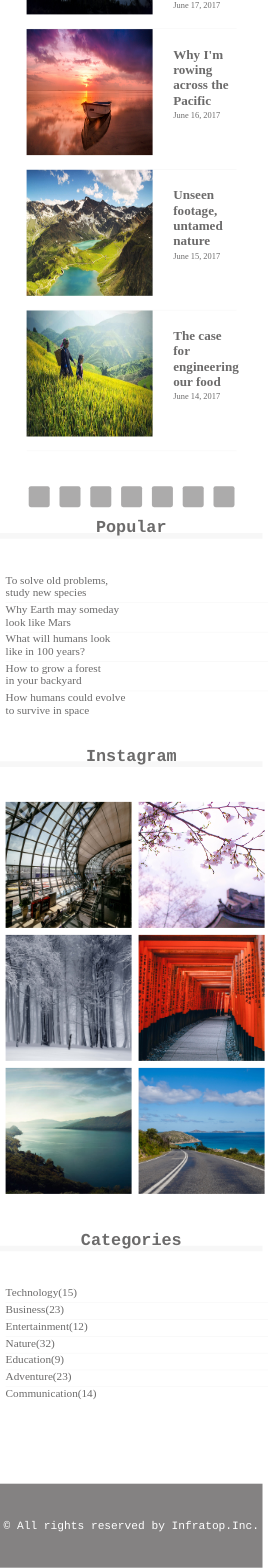
Repository: menyuu/test-html-CSS-practice
Page: caravan/index.html
The author's editor kept a record of every edit. The page is drawn from the files as they stood at one moment, then again after the next edit.
The browser window is 375 px wide. The page is 383 px wide, so the pictures cover 383 px, including what lies to the right of the window. The pictures show the part of the page from y = 1211 to 3451 px (the page is 3451 px tall), at 70% of full size.

Above is the page before.

### caravan/index.html
<!DOCTYPE html>
<html lang="ja">
<head>
  <meta charset="UTF-8">
  <link rel="stylesheet" href="style.css" />
  <title>CARAVAN</title>
</head>
<body>
  <header>
    <h1 class="heading">
      <a href="index.html">
      CARAVAN
      </a>
    </h1>
  </header>

  <nav>
    <ul class="nav-list">
      <li class="nav-list-item">
        <a href="index.html">Home</a>
      </li>
      <li class="nav-list-item">
        <a href="#">About</a>
      </li>
      <li class="nav-list-item">
        <a href="#">Topic</a>
      </li>
    </ul>
  </nav>

  <div class="main-visual">
    <div class="main-visual-content">
      <p class="main-visual-text">
        The world is a book<br>
        and those who do not travel<br>
        read only one page.
      </p>
      <p class="main-visual-name">
        St. Augustine
      </p>
    </div>
  </div>

  <main>
    <section class="blog">
      <h2 class="blog-heading">Recent Blogs</h2>
      <div class="blog-box">
        <div class="blog-item">
          <img class="blog-image" src="img/forest.jpg">
          <section class="blog-text">
            <h3 class="blog-text-heading">
              <a href="single.html">
                Hopeful lessons from<br>
                the battle to save<br>
                rainforests
              </a>
            </h3>
            <p class="blog-date">June 19, 2017</p>
            <span class="category">Nature</span>
          </section>
        </div>
      </div>

      <!-- 以下コピペ　-->

      <div class="blog-box">
          <div class="blog-item">
            <img class="blog-image" src="img/forest.jpg" />
            <section class="blog-text">
              <h3 class="blog-text-heading">
                <a href="single.html">
                  Hopeful lessons from<br />
                  the battle to save<br />
                  rainforests
                </a>
              </h3>
              <p class="blog-date">June 19, 2017</p>
              <span class="category">Nature</span>
            </section>
          </div>
          <div class="blog-item">
            <img class="blog-image" src="img/desert.jpg" />
            <section class="blog-text">
              <h3 class="blog-text-heading">
                <a href="single.html">
                  How to fight<br />
                  desertification and<br />
                  reverse climate change
                </a>
              </h3>
              <p class="blog-date">June 17, 2017</p>
              <span class="category">Nature</span>
            </section>
          </div>
          <div class="blog-item">
            <img class="blog-image" src="img/sunset.jpg" />
            <section class="blog-text">
              <h3 class="blog-text-heading">
                <a href="single.html">
                  Why I'm rowing<br />
                  across the Pacific
                </a>
              </h3>
              <p class="blog-date">June 16, 2017</p>
              <span class="category">Adventure</span>
            </section>
          </div>
          <div class="blog-item">
            <img class="blog-image" src="img/italy.jpg" />
            <section class="blog-text">
              <h3 class="blog-text-heading">
                <a href="single.html">
                  Unseen footage,<br />
                  untamed nature
                </a>
              </h3>
              <p class="blog-date">June 15, 2017</p>
              <span class="category">Nature</span>
            </section>
          </div>
          <div class="blog-item">
            <img class="blog-image" src="img/asia.jpg" />
            <section class="blog-text">
              <h3 class="blog-text-heading">
                <a href="single.html">
                  The case for<br />
                  engineering our food
                </a>
              </h3>
              <p class="blog-date">June 14, 2017</p>
              <span class="category">Culture</span>
            </section>
          </div>
        </div>

      <!--ここまで-->

      <div class="pagination">
        <p></p>
        <p></p>
        <p></p>
        <p></p>
        <p></p>
        <p></p>
        <p></p>
      </div>

    </section>

    <div class="sidebar">
      <section class="popular">
        <h2 class="popular-heading common-heading">Popular</h2>
        <div class="sidebar-contents">
          <p class="popular-text">To solve old problems,<br>study new species</p>
          <p class="popular-text">Why Earth may someday<br>look like Mars</p>
          <p class="popular-text">What will humans look<br>like in 100 years?</p>
          <p class="popular-text">How to grow a forest<br>in your backyard</p>
          <p class="popular-text">How humans could evolve<br>to survive in space</p>
        </div>
      </section>
      <section class="instagram">
        <h2 class="instagram-heading common-heading">Instagram</h2>
        <div class="sidebar-contents">
          <div class="instagram-box"></div>
          <div class="instagram-box"></div>
          <div class="instagram-box"></div>
          <div class="instagram-box"></div>
          <div class="instagram-box"></div>
          <div class="instagram-box"></div>
        </div>
      </section>
      <section class="categories">
        <h2 class="categories-heading common-heading">Categories</h2>
        <div class="sidebar-contents">
          <p class="categories-text">Technology(15)</p>
          <p class="categories-text">Business(23)</p>
          <p class="categories-text">Entertainment(12)</p>
          <p class="categories-text">Nature(32)</p>
          <p class="categories-text">Education(9)</p>
          <p class="categories-text">Adventure(23)</p>
          <p class="categories-text">Communication(14)</p>
      </section>
    </div>
  </main>

  <footer>
    <p class="footer-text">© All rights reserved by Infratop.Inc.</p>
  </footer>
</body>
</html>

### caravan/style.css
* {
 margin: 0;
 padding: 0;
 box-sizing: border-box;
 color: #6c6b6b;
}

a {
 text-decoration: none;
}

header, nav, h2, .main-visual, footer {
  font-family: Chalkduster, "Bradley Hand", Courier, "Segoe Print", sans-serif;
}

header {
width: 90%;
padding: 15px 0;
margin: 0 auto;
text-align: center;
position: relative;
}

.social {
 position: absolute;
 top: 22px;
 right: 22px;
}

.social i {
 display: inline-block;
 margin-left: 20px;
}

header .heading {
 font-size: 32px;
}

.nav-list {
 text-align: center;
 padding: 10px 0;
 margin: 0 auto;
}

.nav-list-item {
 list-style: none;
 display: inline-block;
 margin: 0 20px;
}

.main-visual {
 width: 100%;
 height: 300px;
 background-image: url(img/mv.jpg);
 background-size: cover;
 background-position: center;
}

.main-visual-content {
  width: 40%;
  height: 300px;
  background-color: rgba(0, 0, 0, 0.5);
  text-align: center;
  padding-top: 105px;
}

.main-visual-text {
 color: #fff;
}

.main-visual-name {
 margin-top: 30px;
 color: #fff;
}

main {
 width: 800px;
 display: flex;
 justify-content: center;
 margin: 0 auto;
 padding: 70px 0;
}

.blog {
  width: 540px;
  margin-right: 30px;
}

.blog-heading {
 border-bottom: 8px solid #f7f7f7;
 text-align: center;
 line-height: 0.8;
}

.blog-box {
 padding-top: 50px;
}

.blog-item {
 padding-bottom: 20px;
 margin-bottom: 20px;
 border-bottom: 1px solid #f7f7f7;
 display: flex;
 justify-content: flex-start;
}

.blog-image {
 height: 180px;
}

.blog-text {
 padding: 25px 0 0 30px;
}

.blog-text-headeing {
 padding-bottom: 15px;
}

.blog-date {
 font-size: 12px;
 display: inline-block;
}

.category {
 display: inline-block;
 padding: 5px 8px;
 background-color: #acabab;
 border-radius: 3px;
 color: #fff;
 font-size: 11px;
}

.pagination {
 text-align: center;
 padding-top: 50px;
}

.pagination p {
 display: inline-block;
 width: 30px;
 height: 30px;
 margin: 0 5px;
 color: #fff;
 background-color: #acabab;
 border-radius: 3px;
 line-height: 30px;
}

.sidebar {
  width: 230px
}

.common-heading {
 border-bottom: 8px solid #f7f7f7;
 text-align: center;
 line-height: 0.6;
}

.sidebar-contents {
 padding: 50px 0;
}

.popular-text,
.categories-text {
 padding-bottom: 5px;
 border-bottom: 1px solid #f7f7f7;
}

.popular-text:last-child,
.categories-text:last-child {
 margin: 0;
 padding: 0;
 border: none;
}

.instagram .sidebar-contents {
 display: flex;
 flex-wrap: wrap;
}

.instagram-box {
 width: 110px;
 padding-top: 110px;
 background-size: cover;
 background-position: center;
 margin-bottom: 10px;
}

.instagram-box:nth-child(odd) {
 margin: 0 10px 10px 0;
}

.instagram-box:nth-child(1) {
 background-image: url(img/airport.jpg);
}

.instagram-box:nth-child(2) {
 background-image: url(img/japan.jpg);
}

.instagram-box:nth-child(3) {
 background-image: url(img/snow.jpg);
}

.instagram-box:nth-child(4) {
 background-image: url(img/japan2.jpg);
}

.instagram-box:nth-child(5) {
 background-image: url(img/lake.jpg);
}

.instagram-box:nth-child(6) {
 background-image: url(img/road.jpg);
}

footer {
 width: 100%;
 height: 120px;
 text-align: center;
 line-height: 120px;
 background-color: #848282;
}

.footer-text {
 color: #fff;
}

@media screen and (max-width: 425px) {
 header {
  width: 100%;
 }

 .social {
  display: none;
 }

 .nav-list-item {
 display: block;
 margin-bottom: 4px
 }

 .main-visual-content {
  width: 100%;
 }

 main {
  width: 100%;
  display: block;
 }

 .blog {
  width: 100%;
  margin: 0;
 }

 .blog-box {
  margin: 0;
 }

 .blog-image {
  width: 60%;
 }

 .blog-item {
  width: 80%;
  margin: 0 auto;
 }

 .category {
  display: none;
 }

 .sidebar {
  width: 100%;
  margin-top: 18px
 }

 .sidebar-contents {
  width: 100%;
  margin: 0 8px;
 }

 .instagram-box {
  width: 48%;
  height: 180px;
 }
}

After the next edit:
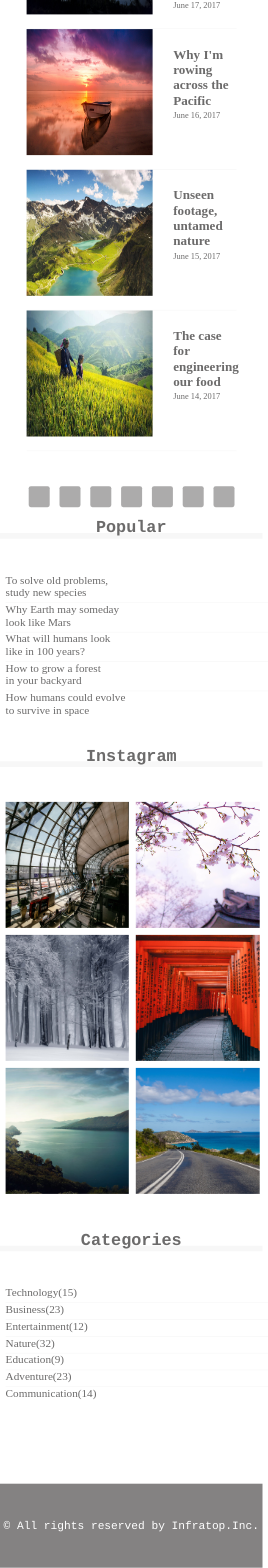
The edit:
--- a/caravan/style.css
+++ b/caravan/style.css
@@ -282,7 +282,7 @@
  }
 
  .instagram-box {
-  width: 48%;
+  width: 47%;
   height: 180px;
  }
 }
